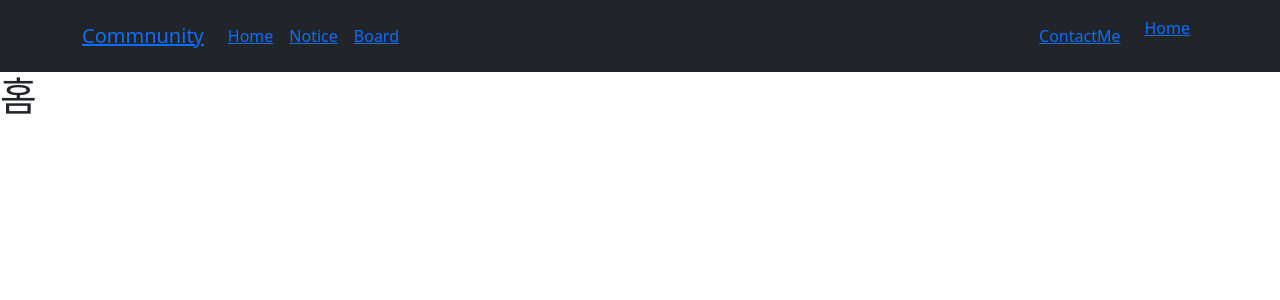
Repository: yangddoddi/community_react
Page: /
The author's editor kept a copy of each file at every save. The page is drawn from the files as they stood at one save, then again after the next save.
The browser window is 1280 px wide. The pictures show the whole page.
The page's requests for data from a server got no answer. The project was rebuilt for these pictures with package versions that can differ from the ones it lists, and the page was loaded fresh each time. No one was signed in, and anything a server would have sent is missing. Also part of the build but not shown: src/pages/Join.js, src/pages/Login.js, src/pages/Posts.js, src/pages/Write.js.

Above is the page before, as saved 2022-09-06 23:11:51.

### src/App.js
import React, { useEffect, useState } from "react";
import { testAxios } from "./config/testAxios";
import { Header } from "./pages/header/Header";
import { MyRoutes } from "./router/Routes";
import "bootstrap/dist/css/bootstrap.min.css";

const App = () => {
  const [ip, setIp] = useState("");
  const findIp = (data) => {
    setIp(data);
  };

  useEffect(() => {
    testAxios("test", findIp);
  });

  return (
    <>
      <Header />
      <MyRoutes />
    </>
  );
};

export default App;

### src/config/testAxios.js
import axios from "axios";

export const testAxios = (url, findIp) => {
  axios({
    url: "/" + url,
    method: "post",
    baseURL: "http://localhost:8080",
    withCredentials: true,
  }).then((res) => {
    findIp(res.data);
  });
};

### src/pages/header/Header.js
import Container from "react-bootstrap/Container";
import Nav from "react-bootstrap/Nav";
import Navbar from "react-bootstrap/Navbar";
import { NavLink } from "react-bootstrap";
import axios from "axios";
import { Link } from "react-router-dom";

export const Header = () => {
  const logoutHandler = () => {
    axios.post("http://localhost8080/logout").catch((err) => console.log(err));
  };

  return (
    <>
      <Navbar bg="dark" variant="dark">
        <Container>
          <Navbar.Brand>
            <Link to="/" className="header_title">
              Commnunity
            </Link>
          </Navbar.Brand>
          <Nav className="me-auto">
            <Nav.Link>
              <Link to="/" className="header_title">
                Home
              </Link>
            </Nav.Link>
            <Nav.Link>
              <Link to="/posts/notice" className="header_title">
                Notice
              </Link>
            </Nav.Link>
            <Nav.Link>
              <Link to="/posts/board" className="header_title">
                Board
              </Link>
            </Nav.Link>
          </Nav>
          <Nav className="right">
            <Nav.Link href="/posts">
              <Nav.Link>
                <Link to="/contact" className="header_title">
                  ContactMe
                </Link>
              </Nav.Link>
            </Nav.Link>
            <Nav.Link>
              <Link to="/" className="header_title">
                Home
              </Link>
            </Nav.Link>
          </Nav>
        </Container>
      </Navbar>
    </>
  );
};

### src/router/Routes.js
import { Route, Routes } from "react-router-dom";
import { Home } from "../pages/Home";
import { Join } from "../pages/Join";
import { Login } from "../pages/Login";
import { Posts } from "../pages/Posts";
import { Write } from "../pages/Write";

export const MyRoutes = () => {
  return (
    <Routes>
      <Route path="/*" element={<Home />} />
      <Route path="/login" element={<Login />} />
      <Route path="/join" element={<Join />} />
      <Route path="/posts/:id/write" element={<Write />} />
      <Route path="/posts/:id" element={<Posts />} />
      <Route path="/posts/:category" element={<Posts />} />
      <Route path="/posts/:category" element={<Posts />} />
      <Route path="/posts/:category" element={<Posts />} />
    </Routes>
  );
};

### src/pages/Home.js
export const Home = () => {
  return <h1>홈</h1>;
};

Loaded but not shown: public/index.html (common file); src/index.js (common file); src/index.css (common file); src/reportWebVitals.js (common file)

After the next save:
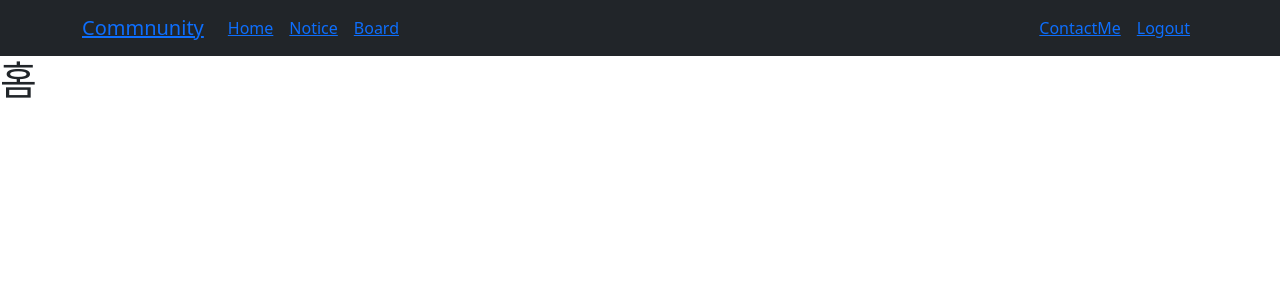
Saved 23 s later.
--- a/src/pages/header/Header.js
+++ b/src/pages/header/Header.js
@@ -37,16 +37,14 @@ export const Header = () => {
             </Nav.Link>
           </Nav>
           <Nav className="right">
-            <Nav.Link href="/posts">
-              <Nav.Link>
-                <Link to="/contact" className="header_title">
-                  ContactMe
-                </Link>
-              </Nav.Link>
+            <Nav.Link>
+              <Link to="/" className="header_title">
+                ContactMe
+              </Link>
             </Nav.Link>
             <Nav.Link>
               <Link to="/" className="header_title">
-                Home
+                Logout
               </Link>
             </Nav.Link>
           </Nav>
